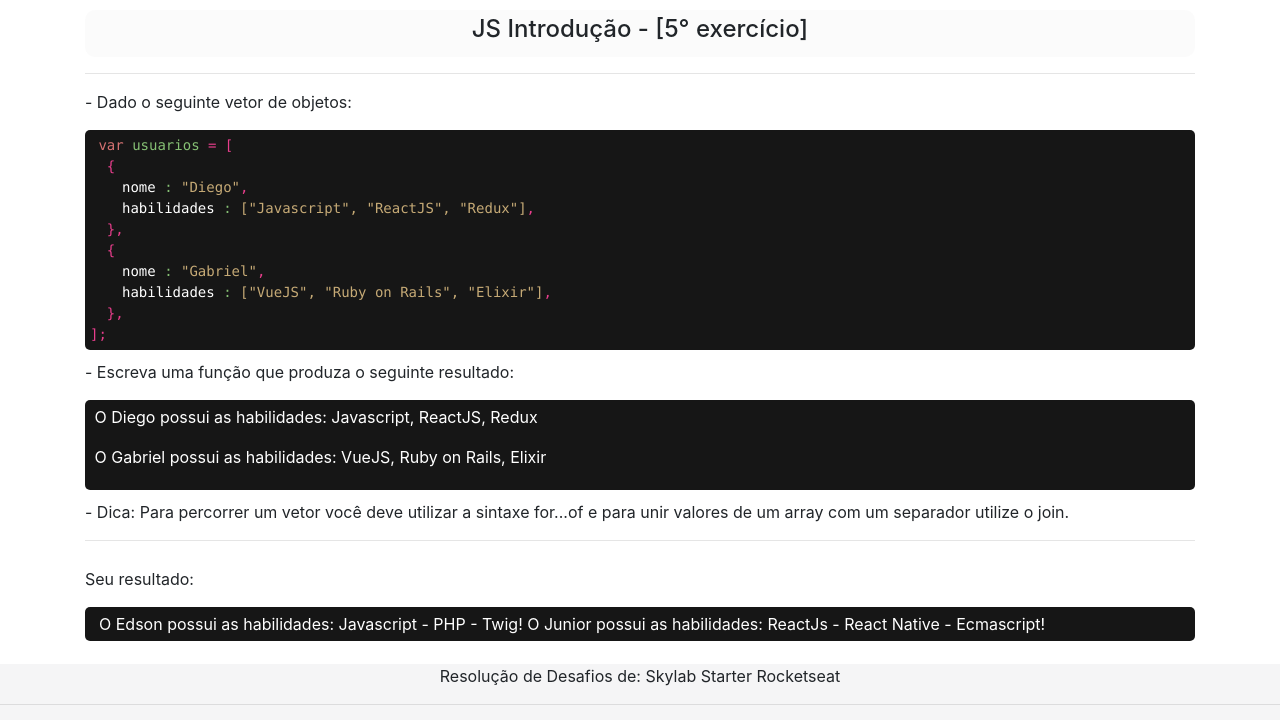
Repository: edsonjuniornarvaes/JS-Starter-Chalenge-Skylab
Page: introducao/exercicio-5/ex5.html
An editor plug-in stored every save of this project. The page is shown before and after the next save, followed by the edit.
The browser window is 1280 px wide. The pictures show the whole page.

Above is the page before, as saved 2020-06-10 10:35:18.

After the next save:
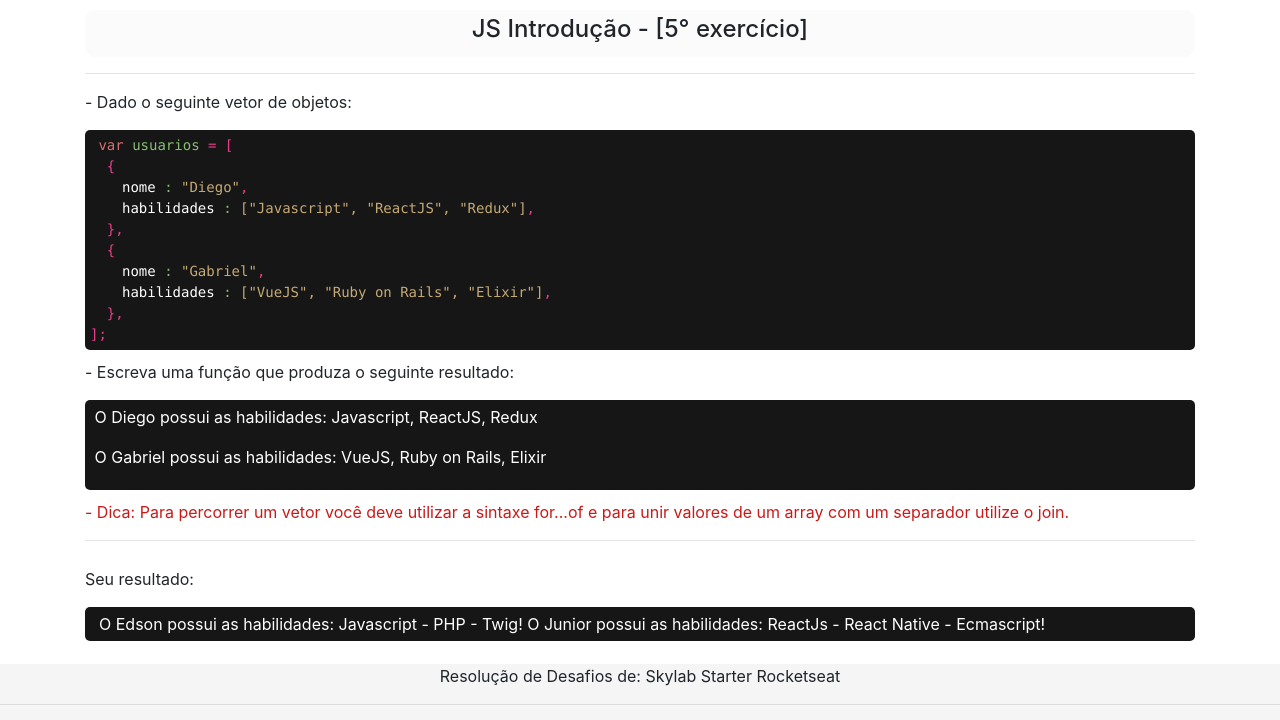
Saved 26 s later.
--- a/introducao/exercicio-5/ex5.html
+++ b/introducao/exercicio-5/ex5.html
@@ -31,7 +31,7 @@
                 <p>&nbsp;O Diego possui as habilidades: Javascript, ReactJS, Redux</p>
                 <p>&nbsp;O Gabriel possui as habilidades: VueJS, Ruby on Rails, Elixir</p>
             </fieldset>
-            <p>- Dica: Para percorrer um vetor você deve utilizar a sintaxe for...of e para unir valores de um array
+            <p class="dica">- Dica: Para percorrer um vetor você deve utilizar a sintaxe for...of e para unir valores de um array
                 com um separador utilize o join.</p>
             <hr>
             <div class="row" id="atv5">
